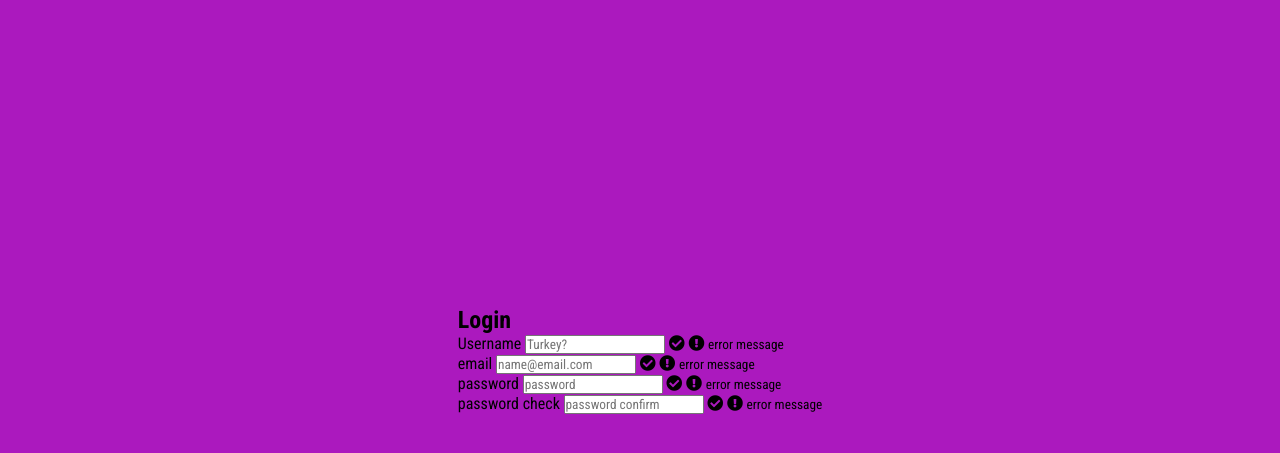
Repository: Abdoulrhman-altyeb/form-_validation-
Page: index.html
An editor plug-in stored every save of this project. The page is shown before and after the next save, followed by the edit.
The browser window is 1280 px wide. The pictures show the whole page.

Above is the page before, as saved 2021-05-23 20:44:07.

After the next save:
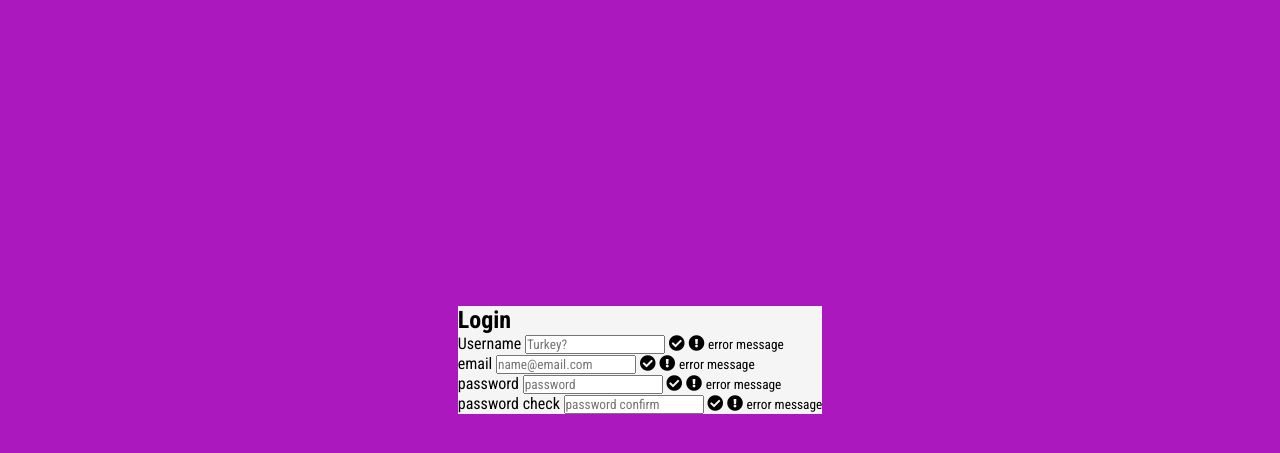
Saved 8 s later.
--- a/style.css
+++ b/style.css
@@ -12,6 +12,6 @@
     min-height:100vh;
     background:rgb(171, 25, 190);
 }
-.container{
+.conatiner{
     background:whitesmoke;
 }

After the save that followed:
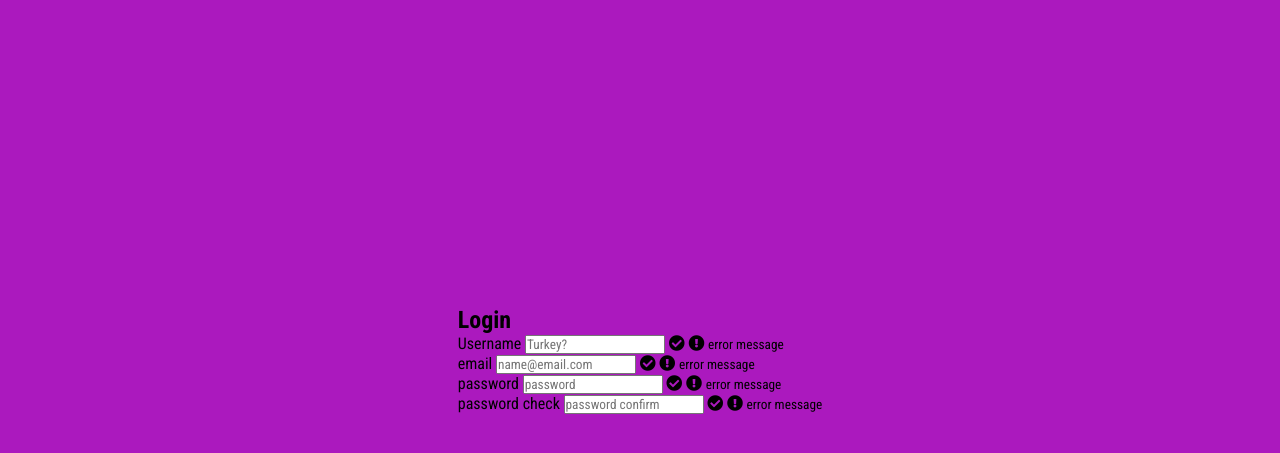
Saved 5 s later.
--- a/style.css
+++ b/style.css
@@ -12,6 +12,6 @@
     min-height:100vh;
     background:rgb(171, 25, 190);
 }
-.conatiner{
+.container{
     background:whitesmoke;
 }
